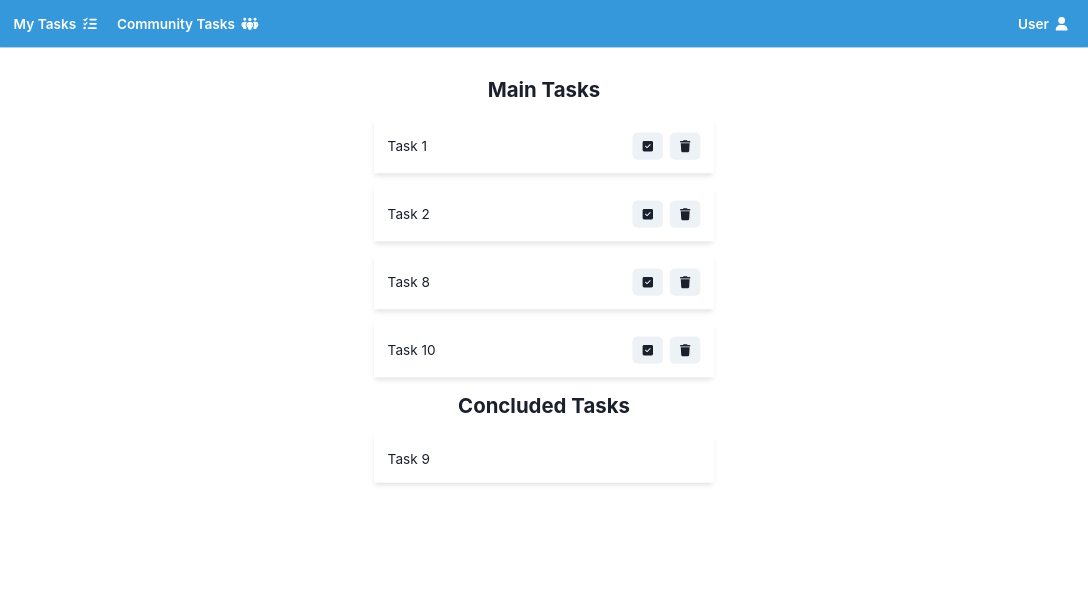
Repository: vbmn-cin-ufpe/todolist-front
Page: /home
The author's editor kept a copy of each file at every save. The page is drawn from the files as they stood at one save, then again after the next save.
The browser window is 1280 px wide. The pictures show the whole page, at 85% of full size.
The project was rebuilt for these pictures with package versions that can differ from the ones it lists, and the page was loaded fresh each time. Also part of the build but not shown: vite.config.ts, src/pages/LoginPage.tsx, src/pages/RegisterPage.tsx.

Above is the page before, as saved 2024-07-23 21:07:07.

After the next save:
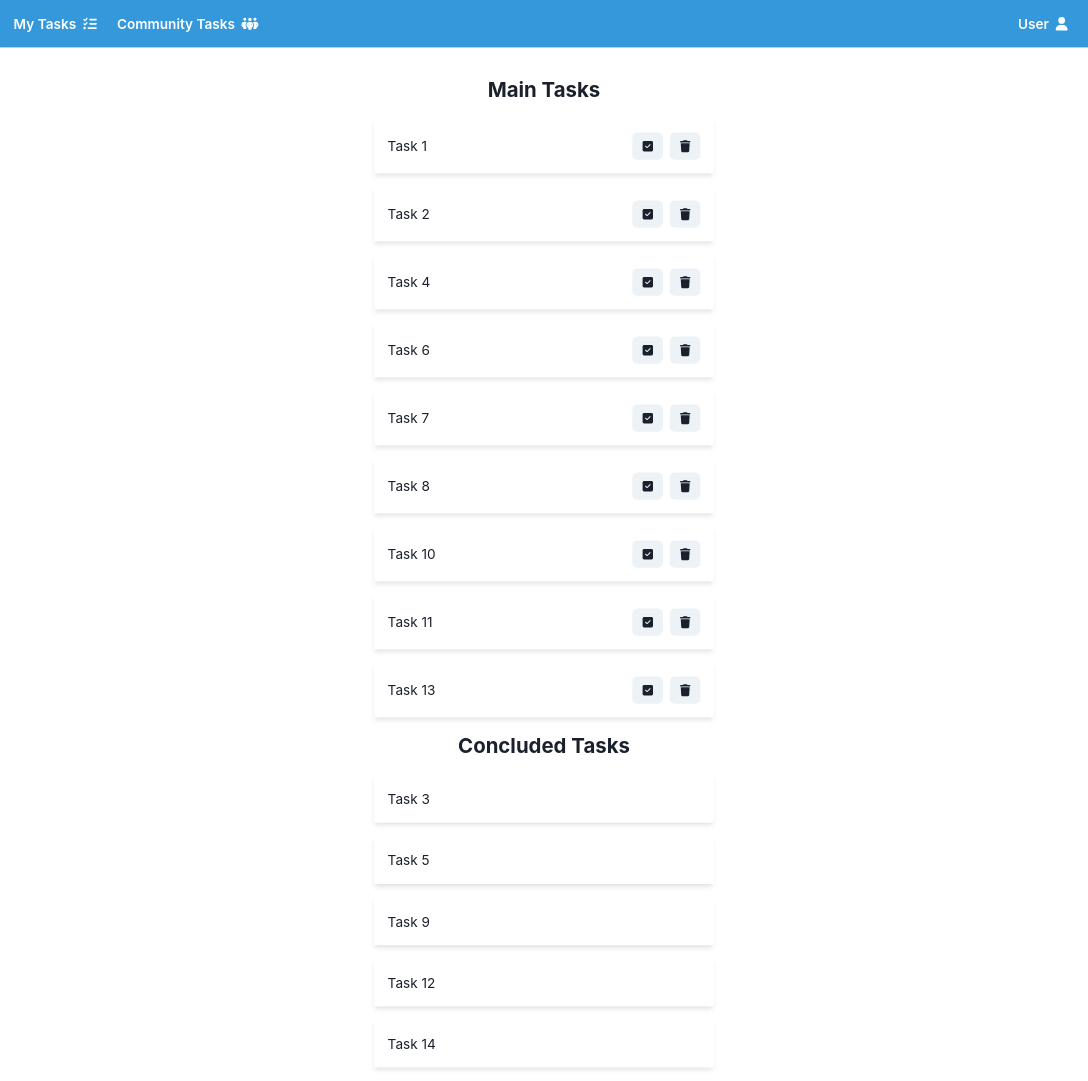
Saved 2 min 53 s later.
--- a/src/seedData.ts
+++ b/src/seedData.ts
@@ -22,96 +22,24 @@ interface Task {
 }
 
 export const tasks: Task[] = [
-  // User 1's tasks
-  {
-    id: '1',
-    name: 'Task 1',
-    description: 'Description for Task 1',
-    completed: false,
-    priority: 'High',
-    user: {
-      id: '1',
-      email: 'user1@example.com',
-      name: 'User 1',
-      password: 'password1',
-      createdAt: new Date().toISOString(),
-      updatedAt: new Date().toISOString(),
-    },
-    createdAt: new Date().toISOString(),
-    updatedAt: new Date().toISOString(),
-  },
-  {
-    id: '2',
-    name: 'Task 2',
-    description: 'Description for Task 2',
-    completed: false,
-    priority: 'Medium',
-    user: {
-      id: '1',
-      email: 'user1@example.com',
-      name: 'User 1',
-      password: 'password1',
-      createdAt: new Date().toISOString(),
-      updatedAt: new Date().toISOString(),
-    },
-    createdAt: new Date().toISOString(),
-    updatedAt: new Date().toISOString(),
-  },
-  // Add more tasks for User 1 here...
+  // User 1 tasks
+  { id: '1', name: 'Task 1', description: 'Description for Task 1', completed: false, priority: 'High', user: { id: '1', email: 'user1@example.com', name: 'User 1', password: 'password1', createdAt: new Date().toISOString(), updatedAt: new Date().toISOString() }, createdAt: new Date().toISOString(), updatedAt: new Date().toISOString() },
+  { id: '2', name: 'Task 2', description: 'Description for Task 2', completed: false, priority: 'Medium', user: { id: '1', email: 'user1@example.com', name: 'User 1', password: 'password1', createdAt: new Date().toISOString(), updatedAt: new Date().toISOString() }, createdAt: new Date().toISOString(), updatedAt: new Date().toISOString() },
+  { id: '3', name: 'Task 3', description: 'Description for Task 3', completed: true, priority: 'Low', user: { id: '1', email: 'user1@example.com', name: 'User 1', password: 'password1', createdAt: new Date().toISOString(), updatedAt: new Date().toISOString() }, createdAt: new Date().toISOString(), updatedAt: new Date().toISOString() },
+  // Additional tasks for user 1
+  { id: '4', name: 'Task 4', description: 'Description for Task 4', completed: false, priority: 'High', user: { id: '1', email: 'user1@example.com', name: 'User 1', password: 'password1', createdAt: new Date().toISOString(), updatedAt: new Date().toISOString() }, createdAt: new Date().toISOString(), updatedAt: new Date().toISOString() },
+  { id: '5', name: 'Task 5', description: 'Description for Task 5', completed: true, priority: 'Medium', user: { id: '1', email: 'user1@example.com', name: 'User 1', password: 'password1', createdAt: new Date().toISOString(), updatedAt: new Date().toISOString() }, createdAt: new Date().toISOString(), updatedAt: new Date().toISOString() },
+  { id: '6', name: 'Task 6', description: 'Description for Task 6', completed: false, priority: 'Low', user: { id: '1', email: 'user1@example.com', name: 'User 1', password: 'password1', createdAt: new Date().toISOString(), updatedAt: new Date().toISOString() }, createdAt: new Date().toISOString(), updatedAt: new Date().toISOString() },
+  { id: '7', name: 'Task 7', description: 'Description for Task 7', completed: false, priority: 'High', user: { id: '1', email: 'user1@example.com', name: 'User 1', password: 'password1', createdAt: new Date().toISOString(), updatedAt: new Date().toISOString() }, createdAt: new Date().toISOString(), updatedAt: new Date().toISOString() },
 
-  // User 2's tasks
-  {
-    id: '8',
-    name: 'Task 8',
-    description: 'Description for Task 8',
-    completed: false,
-    priority: 'Low',
-    user: {
-      id: '2',
-      email: 'user2@example.com',
-      name: 'User 2',
-      password: 'password2',
-      createdAt: new Date().toISOString(),
-      updatedAt: new Date().toISOString(),
-    },
-    createdAt: new Date().toISOString(),
-    updatedAt: new Date().toISOString(),
-  },
-  {
-    id: '9',
-    name: 'Task 9',
-    description: 'Description for Task 9',
-    completed: true,
-    priority: 'Medium',
-    user: {
-      id: '2',
-      email: 'user2@example.com',
-      name: 'User 2',
-      password: 'password2',
-      createdAt: new Date().toISOString(),
-      updatedAt: new Date().toISOString(),
-    },
-    createdAt: new Date().toISOString(),
-    updatedAt: new Date().toISOString(),
-  },
+  // User 2 tasks
+  { id: '8', name: 'Task 8', description: 'Description for Task 8', completed: false, priority: 'High', user: { id: '2', email: 'user2@example.com', name: 'User 2', password: 'password2', createdAt: new Date().toISOString(), updatedAt: new Date().toISOString() }, createdAt: new Date().toISOString(), updatedAt: new Date().toISOString() },
+  { id: '9', name: 'Task 9', description: 'Description for Task 9', completed: true, priority: 'Low', user: { id: '2', email: 'user2@example.com', name: 'User 2', password: 'password2', createdAt: new Date().toISOString(), updatedAt: new Date().toISOString() }, createdAt: new Date().toISOString(), updatedAt: new Date().toISOString() },
 
-  // User 3's tasks
-  {
-    id: '10',
-    name: 'Task 10',
-    description: 'Description for Task 10',
-    completed: false,
-    priority: 'High',
-    user: {
-      id: '3',
-      email: 'user3@example.com',
-      name: 'User 3',
-      password: 'password3',
-      createdAt: new Date().toISOString(),
-      updatedAt: new Date().toISOString(),
-    },
-    createdAt: new Date().toISOString(),
-    updatedAt: new Date().toISOString(),
-  },
-  // Add more tasks for User 3 here...
+  // User 3 tasks
+  { id: '10', name: 'Task 10', description: 'Description for Task 10', completed: false, priority: 'High', user: { id: '3', email: 'user3@example.com', name: 'User 3', password: 'password3', createdAt: new Date().toISOString(), updatedAt: new Date().toISOString() }, createdAt: new Date().toISOString(), updatedAt: new Date().toISOString() },
+  { id: '11', name: 'Task 11', description: 'Description for Task 11', completed: false, priority: 'Medium', user: { id: '3', email: 'user3@example.com', name: 'User 3', password: 'password3', createdAt: new Date().toISOString(), updatedAt: new Date().toISOString() }, createdAt: new Date().toISOString(), updatedAt: new Date().toISOString() },
+  { id: '12', name: 'Task 12', description: 'Description for Task 12', completed: true, priority: 'Low', user: { id: '3', email: 'user3@example.com', name: 'User 3', password: 'password3', createdAt: new Date().toISOString(), updatedAt: new Date().toISOString() }, createdAt: new Date().toISOString(), updatedAt: new Date().toISOString() },
+  { id: '13', name: 'Task 13', description: 'Description for Task 13', completed: false, priority: 'High', user: { id: '3', email: 'user3@example.com', name: 'User 3', password: 'password3', createdAt: new Date().toISOString(), updatedAt: new Date().toISOString() }, createdAt: new Date().toISOString(), updatedAt: new Date().toISOString() },
+  { id: '14', name: 'Task 14', description: 'Description for Task 14', completed: true, priority: 'Medium', user: { id: '3', email: 'user3@example.com', name: 'User 3', password: 'password3', createdAt: new Date().toISOString(), updatedAt: new Date().toISOString() }, createdAt: new Date().toISOString(), updatedAt: new Date().toISOString() },
 ];
